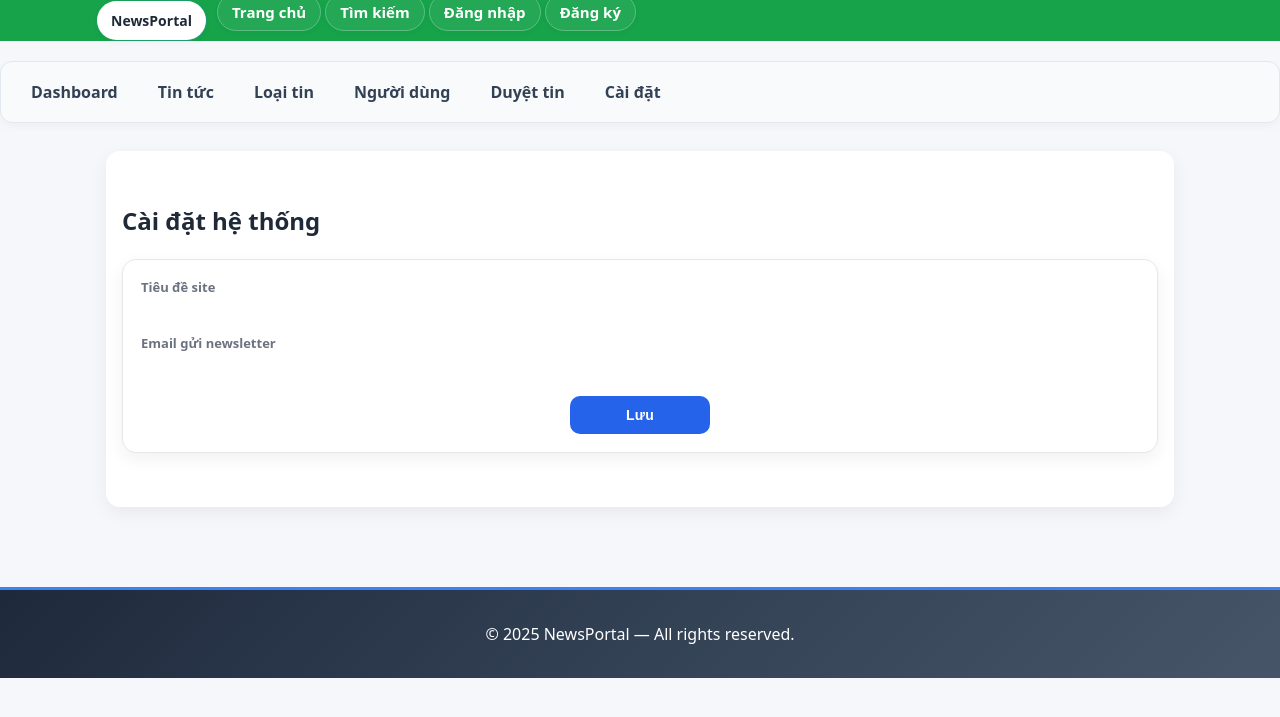
Repository: minhtvpy00202-git/Assignment_PY00202_MinhTV
Page: http://localhost/NewsPortal_PY00202/WEB-INF/views/admin/settings.jsp
These files come from the project's save history. The page is drawn as it stood at one moment and after the next save; the edit follows.
The browser window is 1280 px wide. The pictures show the whole page.
The page is served by Tomcat 10. Nobody is signed in. The template is opened directly, without the code that normally fills it, so the values that code supplies are empty.

Above is the page before, as saved 2025-10-09 11:52:39.

After the next save:
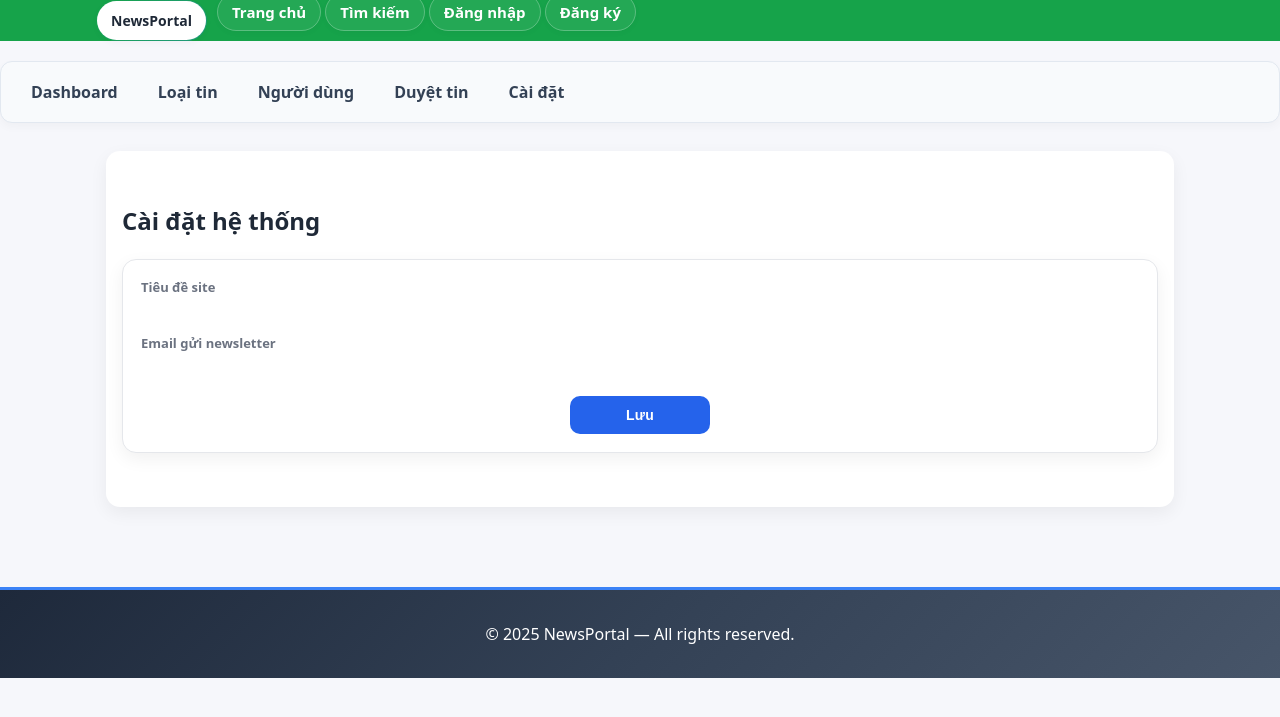
Saved 2 min 0 s later.
--- a/Assignment_NewsPortal/NewsPortal_PY00202/src/main/webapp/WEB-INF/views/layout/admin-sidebar.jsp
+++ b/Assignment_NewsPortal/NewsPortal_PY00202/src/main/webapp/WEB-INF/views/layout/admin-sidebar.jsp
@@ -1,7 +1,6 @@
 <%@ page contentType="text/html; charset=UTF-8" pageEncoding="UTF-8"%>
 <nav class="subnav">
   <a href="${pageContext.request.contextPath}/admin/dashboard">Dashboard</a>
-  <a href="${pageContext.request.contextPath}/admin/news">Tin tức</a>
   <a href="${pageContext.request.contextPath}/admin/categories">Loại tin</a>
   <a href="${pageContext.request.contextPath}/admin/users">Người dùng</a>
   <a href="${pageContext.request.contextPath}/admin/news-approve">Duyệt tin</a>
